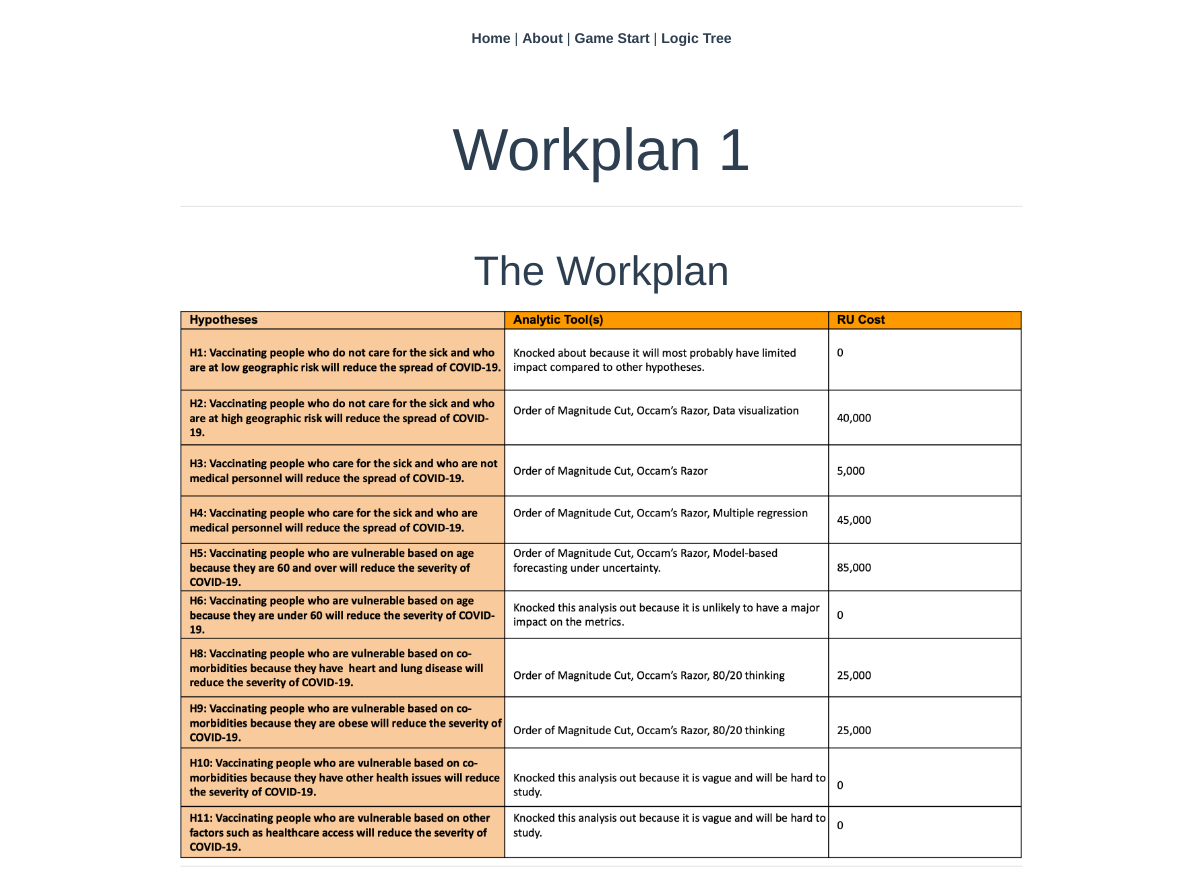
Repository: gallard28/posc4210app
Page: /#/workplan1
The author's editor kept a copy of each file at every save. The page is drawn from the files as they stood at one save, then again after the next save.
The browser window is 1280 px wide. The pictures show the whole page, at 94% of full size.
The project was rebuilt for these pictures with package versions that can differ from the ones it lists, and the page was loaded fresh each time. Also part of the build but not shown: src/views/Home.vue, src/views/Start.vue, src/views/Scenario.vue, src/views/Prioritize.vue, src/views/Choose_tools.vue, src/views/Analyses.vue, src/views/Workplan2.vue, src/views/Workplan3.vue.

Above is the page before, as saved 2020-09-21 00:37:30.

After the next save:
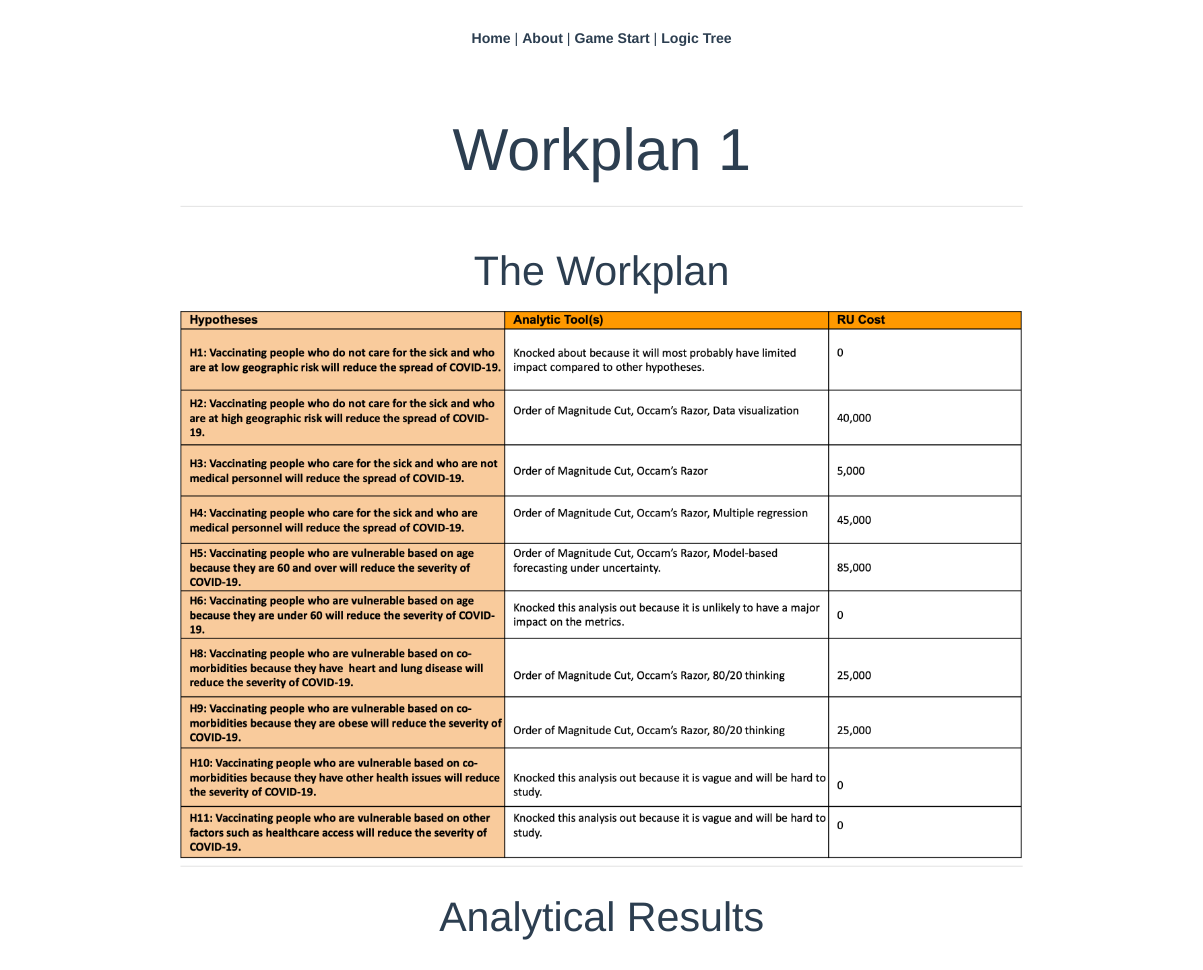
Saved 19 s later.
--- a/src/views/Workplan1.vue
+++ b/src/views/Workplan1.vue
@@ -9,7 +9,7 @@
       </div>
       <div class="divider"></div>
       <div class="col s12">
-
+        <h3>Analytical Results</h3>
       </div>
     </div>
   </div>
